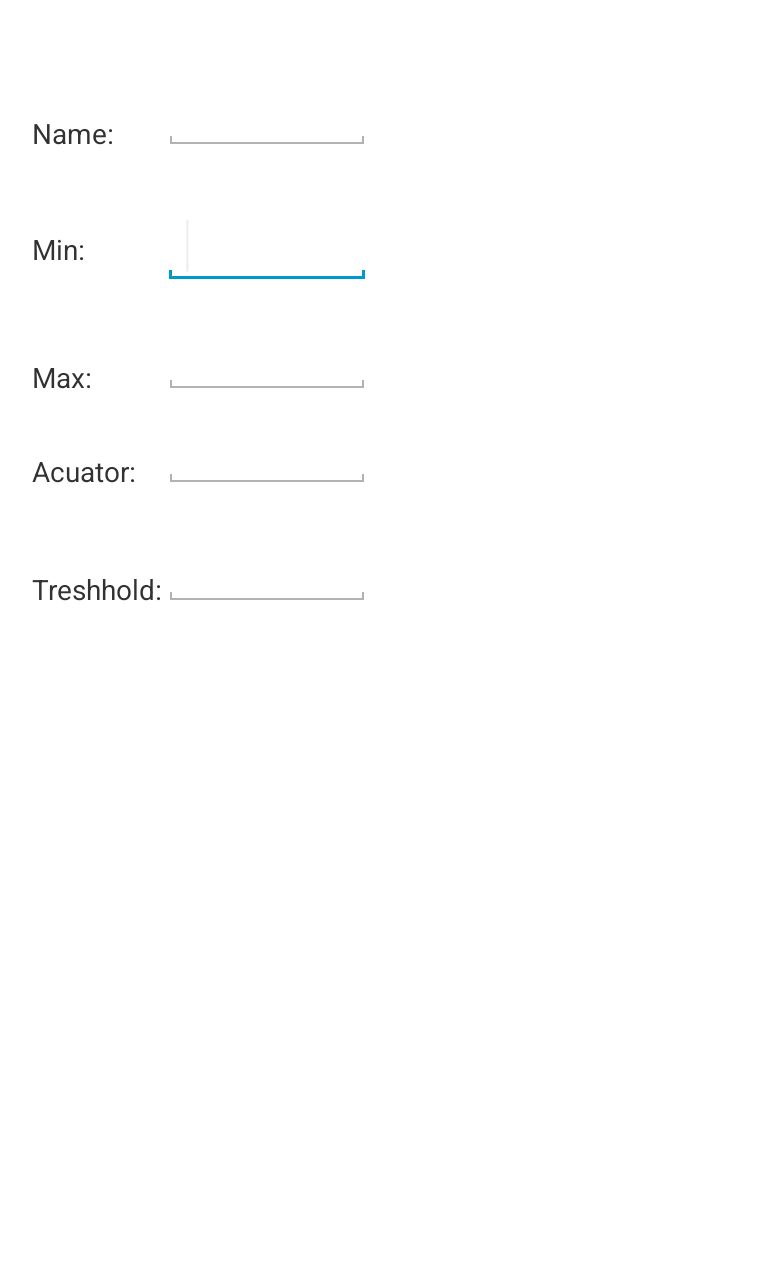
Repository: CTIS-SP-Team5/greenAgent
Layout: Android/GreenAgent/GreenAgent/res/layout/activity_view_setting.xml
An editor plug-in stored every save of this project. The layout is shown before and after the next save, followed by the edit.
It is drawn on a 768 x 1280 px phone screen (xhdpi) without system bars, with theme AppTheme; the app's code is not run.

Above is the layout before, as saved 2014-05-05 18:00:40.

After the next save:
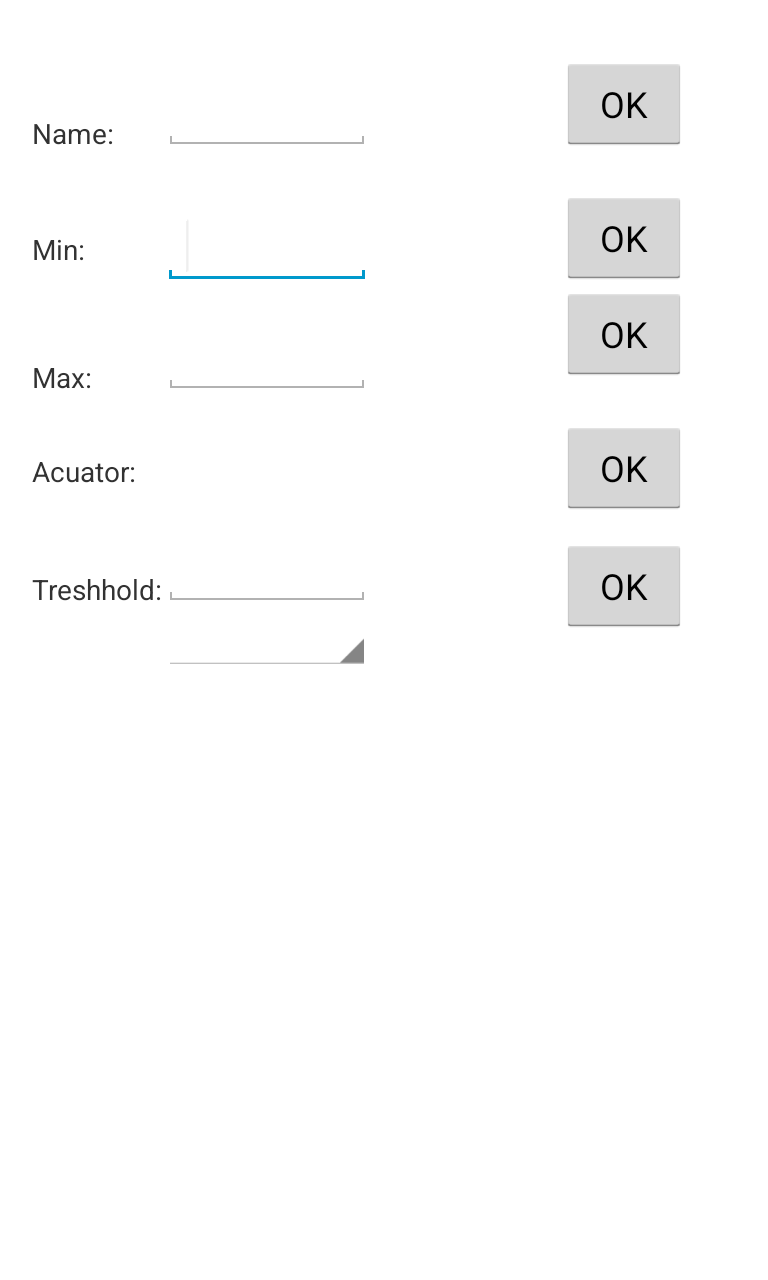
Saved 3 min 33 s later.
--- a/Android/GreenAgent/GreenAgent/res/layout/activity_view_setting.xml
+++ b/Android/GreenAgent/GreenAgent/res/layout/activity_view_setting.xml
@@ -81,14 +81,6 @@
         android:ems="5" />
 
     <EditText
-        android:id="@+id/editText4"
-        android:layout_width="wrap_content"
-        android:layout_height="wrap_content"
-        android:layout_above="@+id/textView5"
-        android:layout_alignLeft="@+id/editText3"
-        android:ems="5" />
-
-    <EditText
         android:id="@+id/editText5"
         android:layout_width="wrap_content"
         android:layout_height="wrap_content"
@@ -96,4 +88,55 @@
         android:layout_toRightOf="@+id/textView5"
         android:ems="5" />
 
+    <Spinner
+        android:id="@+id/spinner1"
+        android:layout_width="wrap_content"
+        android:layout_height="wrap_content"
+        android:layout_alignLeft="@+id/editText5"
+        android:layout_alignRight="@+id/editText5"
+        android:layout_centerVertical="true" />
+
+    <Button
+        android:id="@+id/button3"
+        android:layout_width="wrap_content"
+        android:layout_height="wrap_content"
+        android:layout_alignRight="@+id/button2"
+        android:layout_below="@+id/button2"
+        android:text="OK" />
+
+    <Button
+        android:id="@+id/button2"
+        android:layout_width="wrap_content"
+        android:layout_height="wrap_content"
+        android:layout_alignBottom="@+id/editText2"
+        android:layout_alignLeft="@+id/button1"
+        android:text="OK" />
+
+    <Button
+        android:id="@+id/button1"
+        android:layout_width="wrap_content"
+        android:layout_height="wrap_content"
+        android:layout_alignBottom="@+id/editText1"
+        android:layout_alignParentRight="true"
+        android:layout_marginRight="24dp"
+        android:text="OK" />
+
+    <Button
+        android:id="@+id/button4"
+        android:layout_width="wrap_content"
+        android:layout_height="wrap_content"
+        android:layout_alignBaseline="@+id/textView4"
+        android:layout_alignBottom="@+id/textView4"
+        android:layout_alignLeft="@+id/button3"
+        android:text="OK" />
+
+    <Button
+        android:id="@+id/button5"
+        android:layout_width="wrap_content"
+        android:layout_height="wrap_content"
+        android:layout_alignBaseline="@+id/textView5"
+        android:layout_alignBottom="@+id/textView5"
+        android:layout_alignLeft="@+id/button4"
+        android:text="OK" />
+
 </RelativeLayout>
